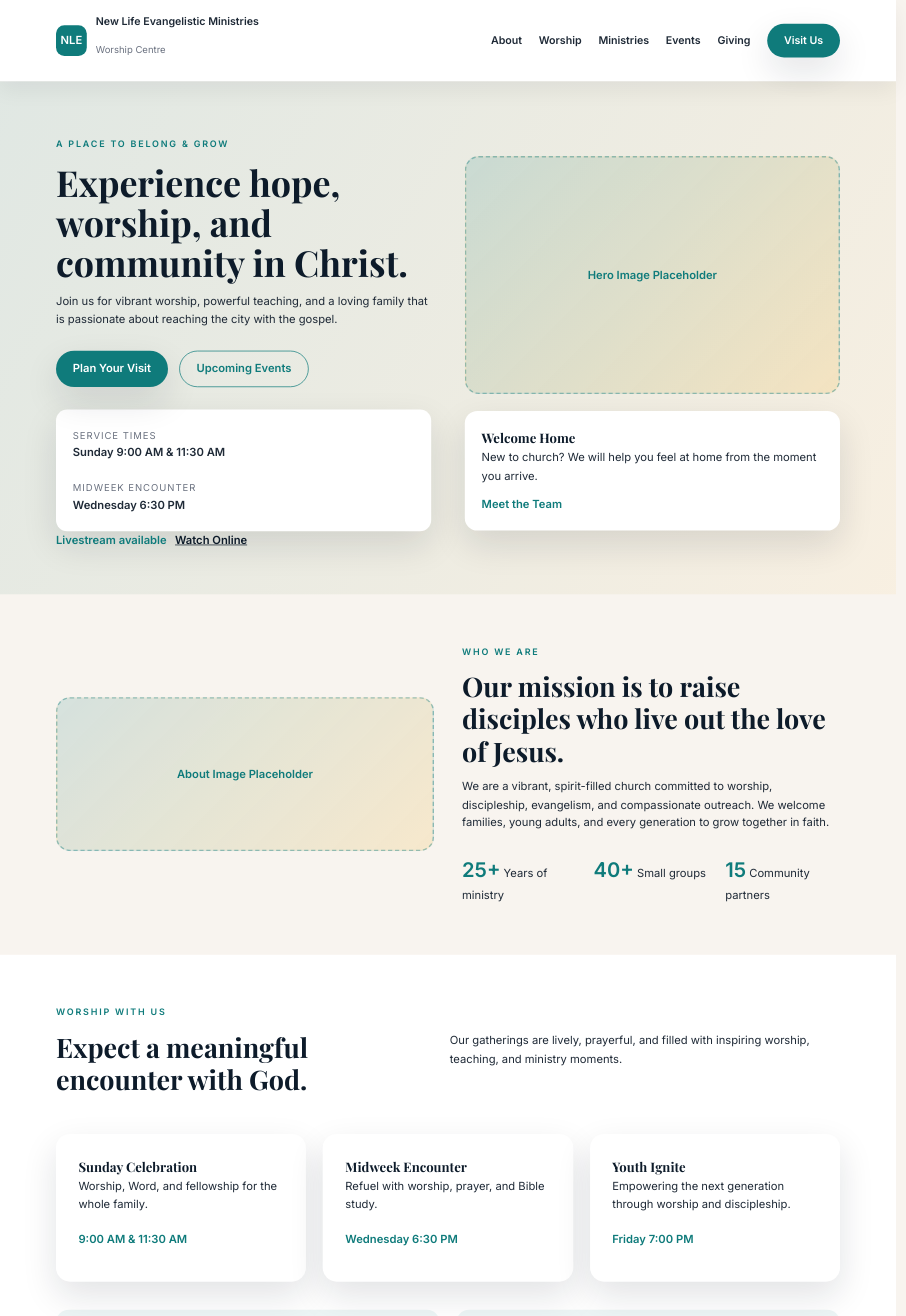
Repository: bilaal441/church
Page: index.htm
These files come from the project's save history. The page is drawn as it stood at one moment and after the next save; the edit follows.
The browser window is 1280 px wide. The page is 1294 px wide, so the pictures cover 1294 px, including what lies to the right of the window. The pictures show the part of the page from y = 0 to 1880 px (the page is 5441 px tall before and 5437 px after), at 70% of full size.

Above is the page before, as saved 2026-01-19 22:07:06.

After the next save:
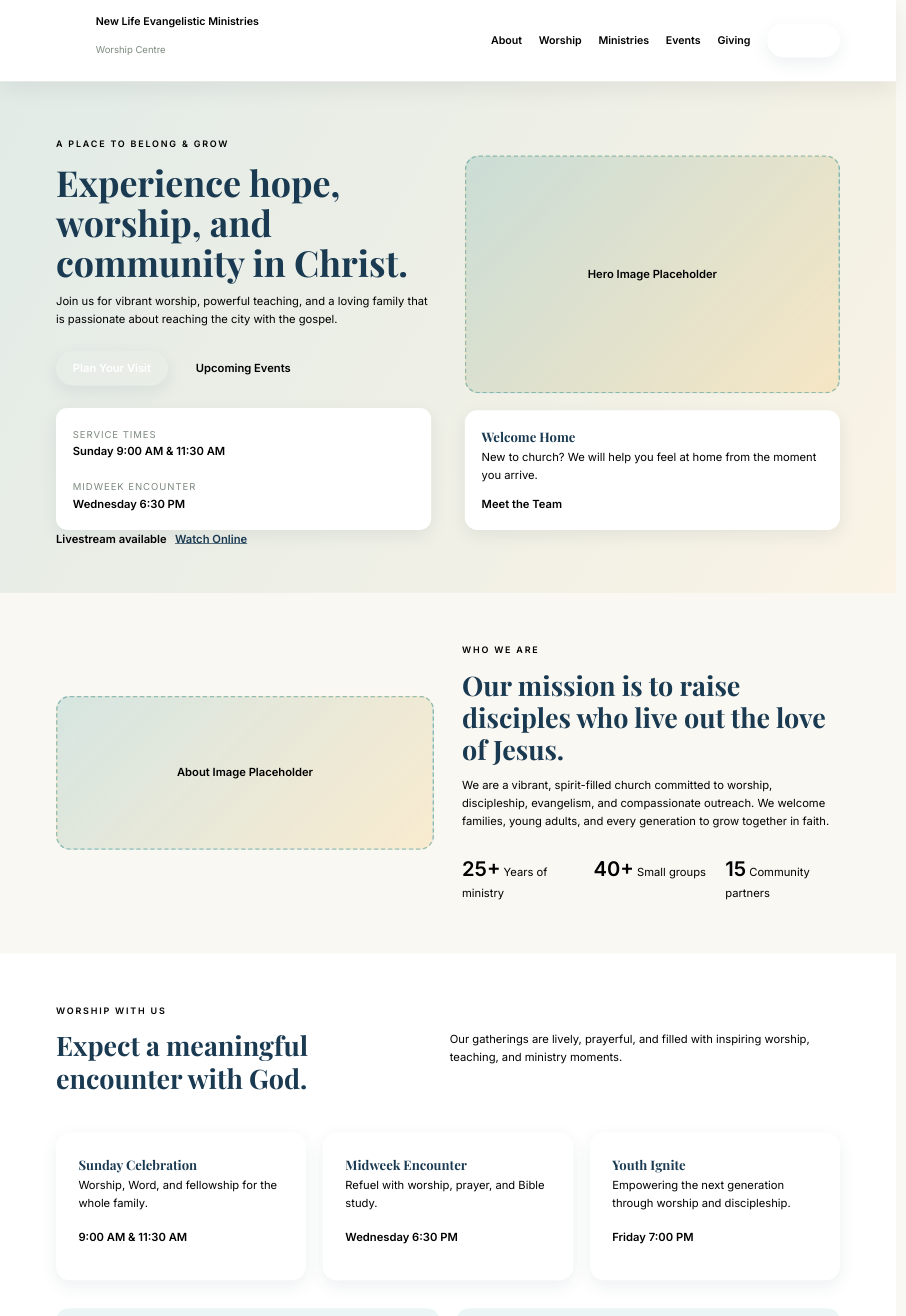
Saved 2 min 13 s later.
--- a/style.css
+++ b/style.css
@@ -1,12 +1,14 @@
 :root {
-  --navy: #0d1b2a;
-  --teal: #0f7b7b;
-  --gold: #f4b942;
-  --cream: #f8f4ef;
-  --slate: #1f2a37;
-  --muted: #6b7280;
+  --navy: #1a3a52;
+  --gold: #d4a574;
+  --burgundy: #8b4513;
+  --cream: #faf8f3;
+  --sage: #6b8e7f;
+  --muted: #7d8a7f;
   --white: #ffffff;
-  --shadow: 0 20px 50px rgba(13, 27, 42, 0.12);
+  --light-gold: #f5e6d3;
+  --shadow: 0 8px 24px rgba(26, 58, 82, 0.08);
+  --shadow-lg: 0 12px 32px rgba(26, 58, 82, 0.12);
 }
 
 * {
